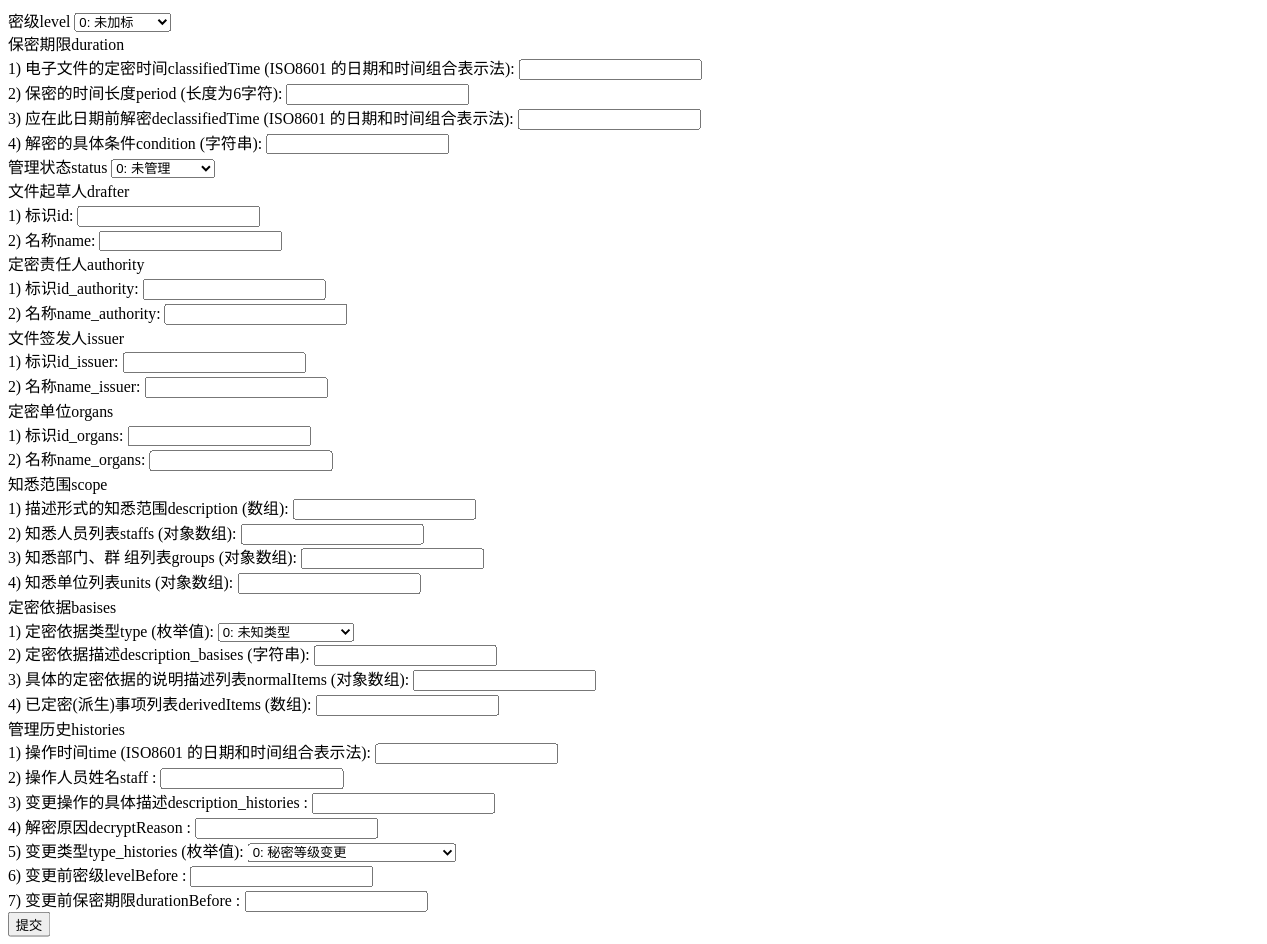
Repository: karlinglee93/eclipse-workspace
Page: jsp_test/WebContent/test.html
An editor plug-in stored every save of this project. The page is shown before and after the next save, followed by the edit.
The browser window is 1280 px wide. The pictures show the whole page, at 99% of full size.

Above is the page before, as saved 2018-07-04 08:58:01.

After the next save:
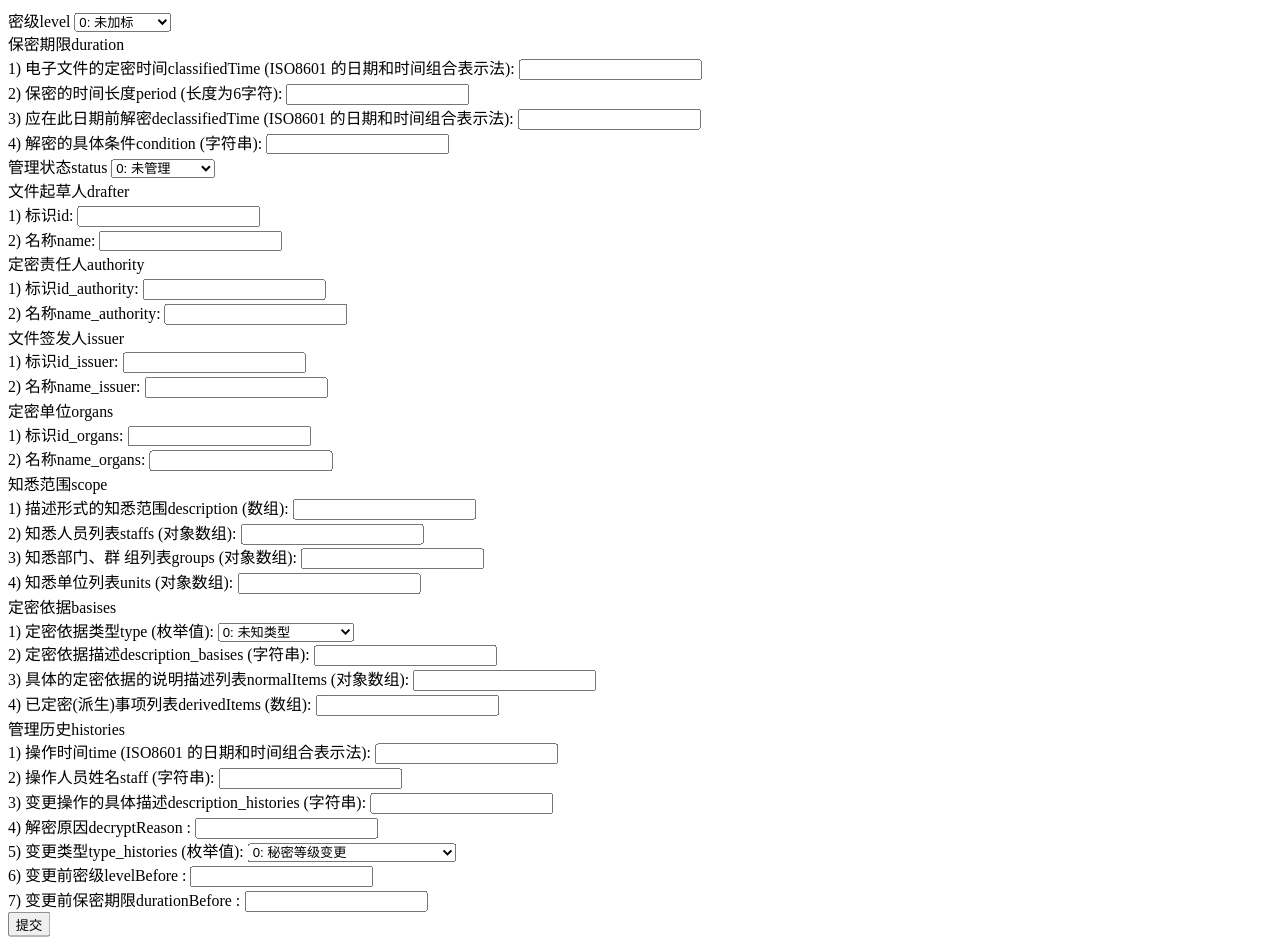
Saved 60 s later.
--- a/jsp_test/WebContent/test.html
+++ b/jsp_test/WebContent/test.html
@@ -140,10 +140,10 @@
 1) 操作时间time (ISO8601 的日期和时间组合表示法):
 <input type="text" name="time" />
 <br />
-2) 操作人员姓名staff :
+2) 操作人员姓名staff (字符串):
 <input type="text" name="staff" />
 <br />
-3) 变更操作的具体描述description_histories :
+3) 变更操作的具体描述description_histories (字符串):
 <input type="text" name="description_histories" />
 <br />
 4) 解密原因decryptReason :
